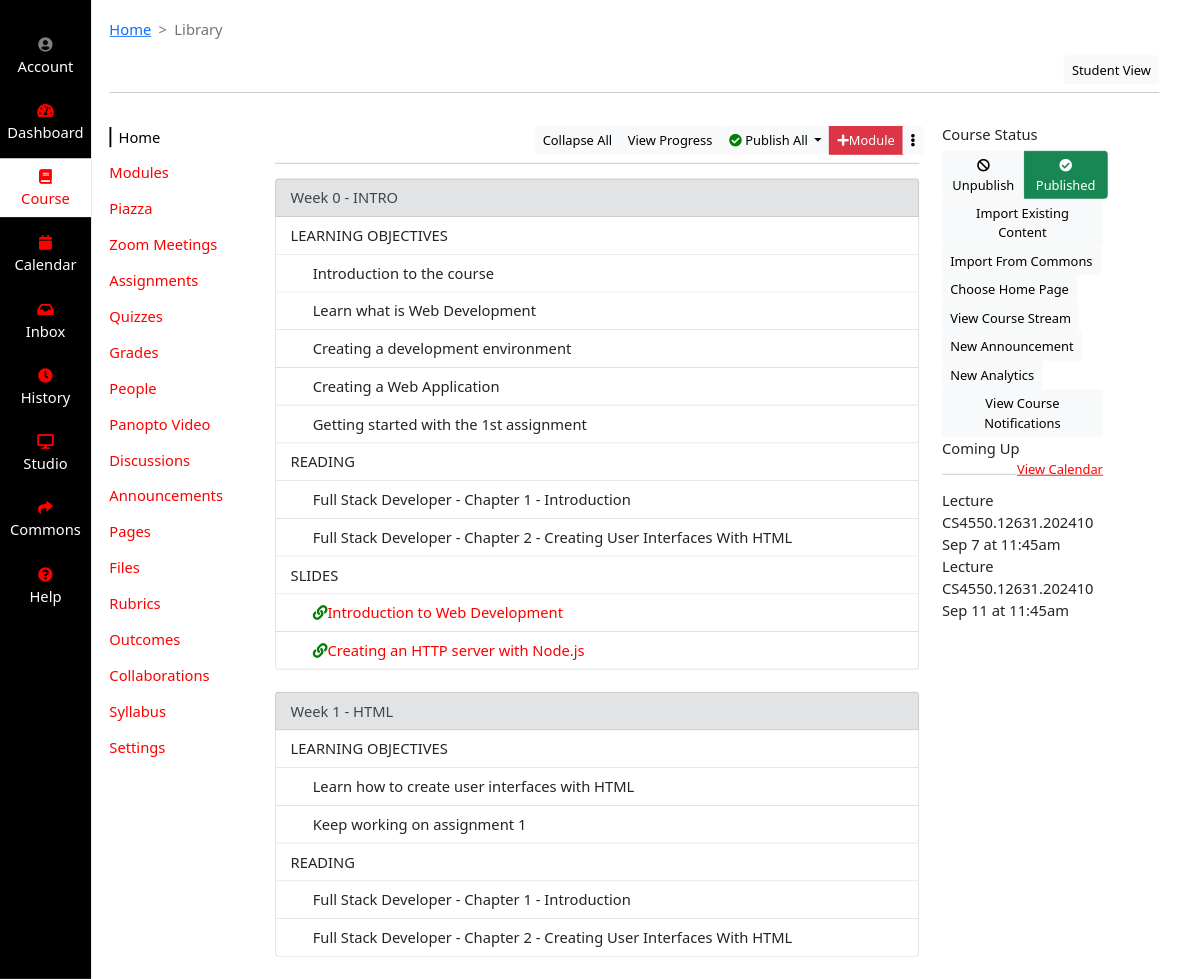
Repository: yuqiant/kanbas-react-web-app
Page: public/kanbas/home.html
An editor plug-in stored every save of this project. The page is shown before and after the next save, followed by the edit.
The browser window is 1280 px wide. The pictures show the whole page, at 92% of full size.

Above is the page before, as saved 2023-10-04 22:49:48.

### public/kanbas/home.html
<!DOCTYPE html>
<html lang="en">

<head>
    <meta charset="UTF-8">
    <meta name="viewport" content="width=device-width, initial-scale=1.0">
    <title>Flexbox Layout</title>
    <link rel="stylesheet" href="../vendors/fontawesome/css/all.min.css">
    <link rel="stylesheet" href="../vendors/bootstrap/css/bootstrap.min.css" />
    <link href="course/courseNavigation.css" rel="stylesheet" />
</head>

<body>
    <div class="flex-container">
        <div class="left-column">

            <ul>
                <li><i class="fa fa-user-circle fa-inverse" style="color: grey;"></i><a
                        href="account/account.html">Account</a> </li>
                <li><i class="fas fa-tachometer-alt" style="color: red;"></i><a href="#">Dashboard</a></li>
                <li class="active"><i class="fas fa-book" style="color: red;"></i><a href="course/courseNavigation.html"
                        style="color: red;">Course</a>
                </li>
                <li><i class="fas fa-calendar" style="color: red;""></i><a href=" #">Calendar</a></li>
                <li><i class="fas fa-inbox" style="color: red;"></i><a href="#">Inbox</a></li>
                <li><i class="fas fa-clock" style="color: red;"></i><a href="#">History</a></li>
                <li><i class="fas fa-desktop" style="color: red;"></i><a href="#">Studio</a></li>
                <li><i class="fas fa-share" style="color: red;"></i><a href="#">Commons</a></li>
                <li><i class="fas fa-question-circle" style="color: red;"></i><a href="#">Help</a></li>
            </ul>

        </div>
        <div class="right-column">

            <div class="right-top">
                <nav style="--bs-breadcrumb-divider: '>';" aria-label="breadcrumb">
                    <ol class="breadcrumb">
                        <li class="breadcrumb-item"><a href="">Home</a></li>
                        <li class="breadcrumb-item active" aria-current="page">Library</li>
                    </ol>
                </nav>
                <div class="float-sm-end"> <button class="btn btn-light btn-sm">Student View</button>
                </div><br />
                <hr />


            </div>
            <div class="right-bottom">


                <div class="right-bottom-item1">


                    <ul>
                        <li class="active"><a href="home.html" style="color: black;">Home</a></li>
                        <li><a href="#">Modules</a></li>
                        <li><a href="#">Piazza</a></li>
                        <li><a href="#">Zoom Meetings</a></li>
                        <li><a href="assignment/index.html">Assignments</a></li>
                        <li><a href="#">Quizzes</a></li>
                        <li><a href="grades.html">Grades</a></li>
                        <li><a href="#">People</a></li>
                        <li><a href="#">Panopto Video</a></li>
                        <li><a href="#">Discussions</a></li>
                        <li><a href="#">Announcements</a></li>
                        <li><a href="#">Pages</a></li>
                        <li><a href="#">Files</a></li>
                        <li><a href="#">Rubrics</a></li>
                        <li><a href="#">Outcomes</a></li>
                        <li><a href="#">Collaborations</a></li>
                        <li><a href="#">Syllabus</a></li>
                        <li><a href="coursesetting.html">Settings</a></li>
                    </ul>
                </div>

                <div class="right-bottom-item2">

                    <div class="float-sm-end">
                        <div class="btn-group" style="margin-right: -5px;">
                            <button class="btn btn-light btn-sm">Collapse All</button>
                            <button class="btn btn-light btn-sm">View Progress</button>

                            <div class="dropdown">
                                <button class="btn btn-light btn-sm dropdown-toggle" type="button"
                                    data-bs-toggle="dropdown" aria-expanded="false"><i class="fa fa-check-circle"
                                        aria-hidden="true" style="color: green;"></i>
                                    Publish All
                                </button>
                                <ul class="dropdown-menu">
                                    <li><a class="dropdown-item" href="#">Action</a></li>
                                    <li><a class="dropdown-item" href="#">Another action</a></li>
                                    <li><a class="dropdown-item" href="#">Something else here</a></li>
                                </ul>
                            </div>
                            <button class="btn btn-danger btn-sm"><i class="fa fa-plus"
                                    aria-hidden="true"></i>Module</button>
                            <button class="btn btn-light btn-sm"><i class="fa fa-ellipsis-v"
                                    aria-hidden="true"></i></button>
                        </div>

                    </div><br>
                    <hr />




                    <!-- Module 1 -->
                    <div class="list-group mb-4">
                        <a href="#" class="list-group-item list-group-item-secondary">Week 0 - INTRO</a>
                        <a href="#" class="list-group-item">LEARNING OBJECTIVES</a>
                        <!-- <ul class="list-group custom-indent"> -->
                        <li class="list-group-item custom-indent">Introduction to the course</li>
                        <li class="list-group-item custom-indent">Learn what is Web Development</li>
                        <li class="list-group-item custom-indent">Creating a development environment</li>
                        <li class="list-group-item custom-indent">Creating a Web Application</li>
                        <li class="list-group-item custom-indent">Getting started with the 1st assignment</li>
                        <!-- </ul> -->

                        <a href="#" class="list-group-item">READING</a>
                        <li class="list-group-item custom-indent">Full Stack Developer - Chapter 1 - Introduction</li>
                        <li class="list-group-item custom-indent">Full Stack Developer - Chapter 2 - Creating User
                            Interfaces With
                            HTML</li>


                        <a href="#" class="list-group-item">SLIDES</a>
                        <a href="#" class="list-group-item custom-indent" style="color: red;"><i class="fas fa-link"
                                style="color: green;"></i>Introduction to Web
                            Development</a>
                        <a href="#" class="list-group-item custom-indent" style="color: red;"><i class="fas fa-link"
                                style="color: green;"></i>Creating an HTTP server
                            with Node.js</a>


                    </div>

                    <div class="list-group mb-4">
                        <a href="#" class="list-group-item list-group-item-secondary">Week 1 - HTML</a>
                        <a href="#" class="list-group-item">LEARNING OBJECTIVES</a>
                        <!-- <ul class="list-group custom-indent"> -->
                        <li class="list-group-item custom-indent">Learn how to create user interfaces with HTML</li>
                        <li class="list-group-item custom-indent">Keep working on assignment 1</li>

                        <!-- </ul> -->

                        <a href="#" class="list-group-item">READING</a>
                        <li class="list-group-item custom-indent">Full Stack Developer - Chapter 1 - Introduction</li>
                        <li class="list-group-item custom-indent">Full Stack Developer - Chapter 2 - Creating User
                            Interfaces With
                            HTML</li>





                    </div>

                </div>

                <div class="right-bottom-item3">
                    <h6>Course Status</h6>
                    <div class="btn-group" style="margin-right: -5px;">
                        <button class="btn btn-light btn-sm"><i class="fas fa-ban"></i>Unpublish</button>
                        <button class="btn btn-success btn-sm"><i class="fa fa-check-circle" aria-hidden="true"></i>
                            Published</button>
                    </div><br />
                    <button class="btn btn-light btn-sm">Import Existing Content</button>
                    <button class="btn btn-light btn-sm">Import From Commons</button>
                    <button class="btn btn-light btn-sm">Choose Home Page</button>
                    <button class="btn btn-light btn-sm">View Course Stream</button>
                    <button class="btn btn-light btn-sm">New Announcement</button>
                    <button class="btn btn-light btn-sm">New Analytics</button>
                    <button class="btn btn-light btn-sm">View Course Notifications</button><br />

                    Coming Up
                    <div class="float-sm-end smaller-text"><a href="#" style="color: red;">View Calendar</a></div>
                    <hr />

                    <div class="part">
                        Lecture<br />
                        CS4550.12631.202410<br />
                        Sep 7 at 11:45am<br />
                    </div>

                    <div class="part">
                        Lecture<br />
                        CS4550.12631.202410<br />
                        Sep 11 at 11:45am<br />
                    </div>













                </div>


            </div>




        </div>

    </div>
    </div>
    </div>
</body>


</html>

### public/kanbas/course/courseNavigation.css
.flex-container {
    display: flex;
    height: 100%;
}

/* 左边列 */
.left-column {
    /* flex: 1; */
    /* 占据可用空间的一部分 */
    /* padding: 20px; */
    width: 0 0 80px;
    /* Adjust sidebar width as needed (between 75 and 85 pixels) */
    background-color: black;
    color: white;
    text-align: center;
    padding-top: 20px;
}

.left-column ul {
    list-style-type: none;
    padding: 0;
}

.left-column li {
    margin: 8px 0;
    /* Adjust margin between links as needed (between 5 and 10 pixels) */
    padding: 8px;
    /* Adjust padding around links as needed (between 5 and 10 pixels) */
}

.left-column li.active {
    color: red;
    background-color: white;


}



.left-column a {
    color: white;
    text-decoration: none;
    display: block;
}

.right-column {

    flex: 2;
    /* 占据可用空间的两部分 */
    display: flex;
    flex-direction: column;
    /* 垂直方向排列 */
}

/* 右上部分 */
.right-top {
    padding: 20px;
}

/* 右下部分分为三竖着的部分 */
.right-bottom {
    display: flex;
    flex-direction: row;
    /* 垂直方向排列 */
    flex: 1;
    /* 均分可用空间 */
}

/* 每个竖着的部分 */
.right-bottom-item {
    flex: 1;
    /* 均分可用空间 */
    padding: 10px;
}

.right-bottom-item1 {
    width: 200px;

    /* padding: 10px; */
    border-left: 25px
}

.right-bottom-item1 a {
    color: red;
    text-decoration: none;

}


.right-bottom-item1 ul {
    list-style: none;
    padding: 0;
}

.right-bottom-item1 li {
    margin-bottom: 15px;
    padding-left: 20px;
}

.right-bottom-item1 li.active a {
    color: black;
    padding-left: 8px;

    /* padding-right: 10px; */

    border-left: 2px solid black;
}


.right-bottom-item2 {
    width: 700px;

    /* padding: 10px; */
    border-left: 25px;
    /* flex-direction: column; */
}

.custom-indent {
    padding-left: 40px;
    /* 调整适当的缩进大小 */
}

.right-bottom-item3 {
    width: 200px;

    padding-left: 25px;
    /* padding: 10px; */
    /* border-left: 25px; */
    /* flex-direction: column; */
}

.smaller-text {
    font-size: 14px;
}

Loaded but not shown: public/vendors/fontawesome/css/all.min.css (library); public/vendors/bootstrap/css/bootstrap.min.css (library)

After the next save:
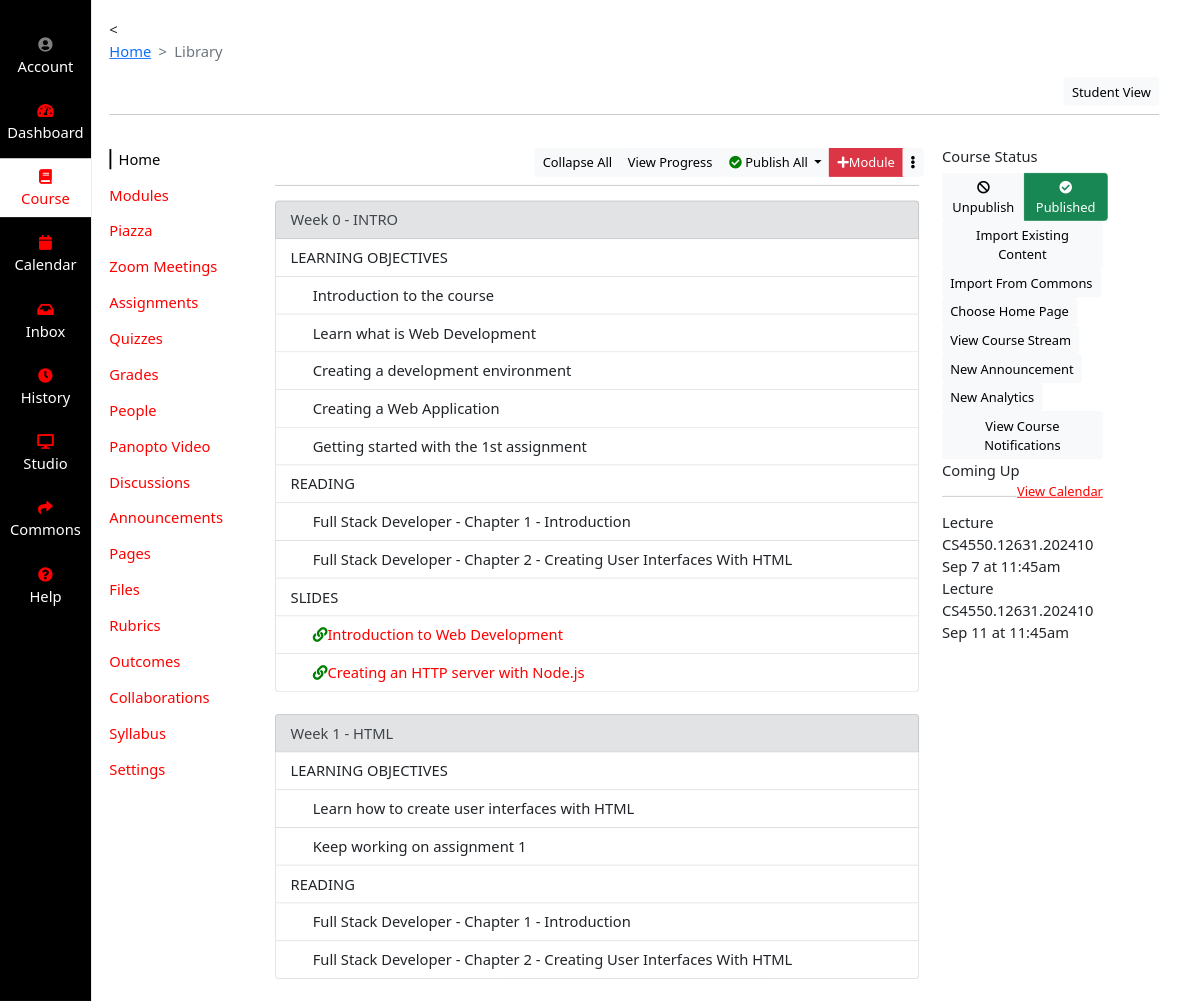
Saved 7 min 28 s later.
--- a/public/kanbas/home.html
+++ b/public/kanbas/home.html
@@ -33,15 +33,15 @@
         <div class="right-column">
 
             <div class="right-top">
-                <nav style="--bs-breadcrumb-divider: '>';" aria-label="breadcrumb">
+                <<nav style="--bs-breadcrumb-divider: '>';" aria-label="breadcrumb">
                     <ol class="breadcrumb">
-                        <li class="breadcrumb-item"><a href="">Home</a></li>
+                        <li class="breadcrumb-item"><a href="#">Home</a></li>
                         <li class="breadcrumb-item active" aria-current="page">Library</li>
                     </ol>
-                </nav>
-                <div class="float-sm-end"> <button class="btn btn-light btn-sm">Student View</button>
-                </div><br />
-                <hr />
+                    </nav>
+                    <div class="float-sm-end"> <button class="btn btn-light btn-sm">Student View</button>
+                    </div><br />
+                    <hr />
 
 
             </div>
